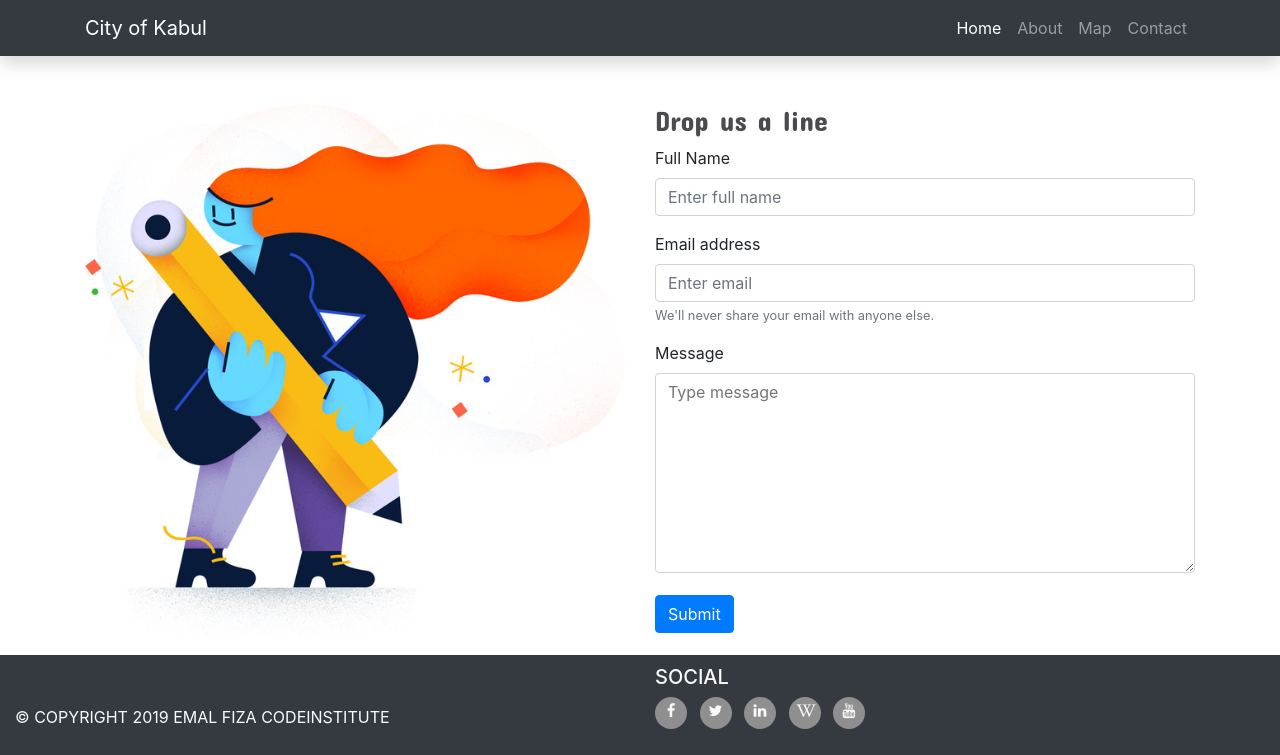
Repository: emalfiza/project-kabul
Page: contact.html
The author's editor kept a record of every edit. The page is drawn from the files as they stood at one moment, then again after the next edit.
The browser window is 1280 px wide. The pictures show the whole page.

Above is the page before.

After the next edit:
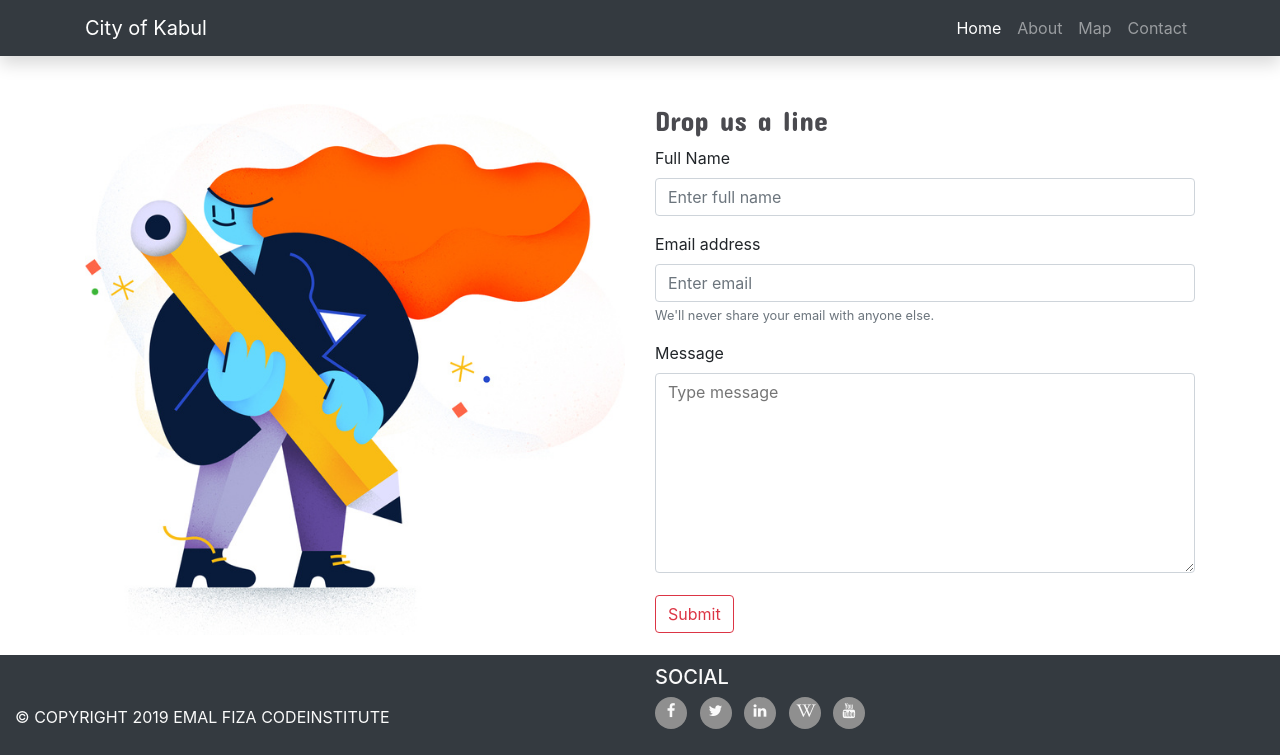
The edit:
--- a/contact.html
+++ b/contact.html
@@ -66,7 +66,7 @@
                 <br>
                 <textarea type="text" class="message" id="message" name="text" placeholder="Type message"></textarea>
               </div>
-              <button type="submit" class="btn btn-primary">Submit</button>
+              <button type="submit" class="btn btn-outline-danger">Submit</button>
             </form>
 
           </div>
